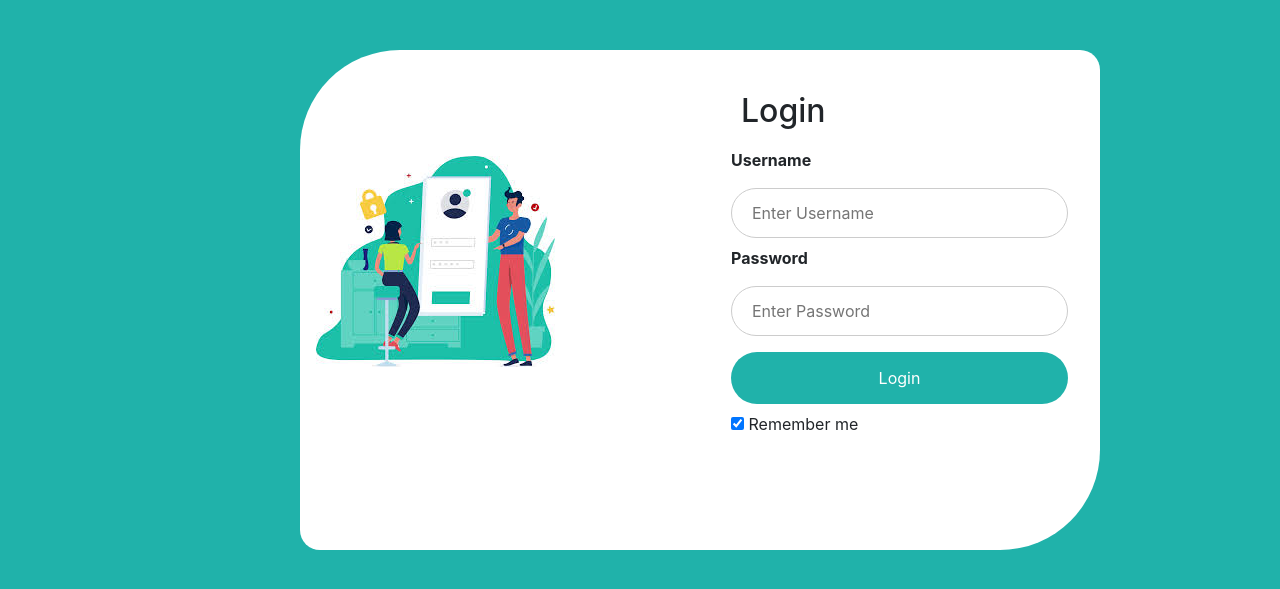
Repository: Sadia-Naveed-Shaikh/JavaScript-Website
Page: login.html
An editor plug-in stored every save of this project. The page is shown before and after a run of saves, followed by the edit.
The browser window is 1280 px wide. The pictures show the whole page.

Above is the page before, as saved 2021-10-27 01:08:31.

### login.html
<!DOCTYPE html>
<html>

<head>
    <meta charset="utf-8">
    <meta name="viewport" content="width=device-width, initial-scale=1.0">
    <title>Untitled</title>
    <link rel="stylesheet" href="https://cdnjs.cloudflare.com/ajax/libs/twitter-bootstrap/4.1.3/css/bootstrap.min.css">
    <link rel="stylesheet" href="https://cdnjs.cloudflare.com/ajax/libs/ionicons/2.0.1/css/ionicons.min.css">
    <!-- <link rel="stylesheet" href="assets/css/style.css"> -->


    <style>
        body {
            background-color: #20b2aa;
        }

        .LoginDiv {
            position: absolute;
            width: 800px;
            height: 500px;
            left: 300px;
            top: 50px;
            background-color: white;
            border-radius: 20px;
            border-top-left-radius: 100px;
            border-bottom-right-radius: 100px;
        }

        .loginImg {
            top: 90px;
        }

        input[type=text],
        input[type=password] {
            width: 100%;
            padding: 12px 20px;
            margin: 8px 0;
            display: inline-block;
            border: 1px solid #ccc;
            box-sizing: border-box;
            border-radius: 30px;
        }

        button {
            background-color: #20b2aa;
            color: white;
            padding: 14px 20px;
            margin: 8px 0;
            border: none;
            cursor: pointer;
            width: 100%;
            border-radius: 30px;
        }

        button:hover {
            opacity: 0.8;
        }

        .container {
            padding: 16px;
        }

        .vl {
            border-left: 1px solid #20b2aa;
            height: 450px;
        }
    </style>
</head>

<body>
    <div>

        <div class="LoginDiv">
            <div class="container">
                <div class=row>
                    <div class="col loginImg">
                        <img src="assets/login.jpeg" alt="login Image">
                    </div>
                    <!-- <div class="vl"></div> -->

                    <div class="col">
                        <form action="/action_page.php" method="post">
                            <div class="container">
                                <h2 style="padding:10px; justify-content:center; align-items:center">Login</h2>
                                <label for="uname"><b>Username</b></label>
                                <input type="text" placeholder="Enter Username" name="uname" required>

                                <label for="psw"><b>Password</b></label>
                                <input type="password" placeholder="Enter Password" name="psw" required>

                                <button type="submit">Login</button>
                                <label>
                                    <input type="checkbox" checked="checked" name="remember"> Remember me
                                </label>
                            </div>
                        </form>


                    </div>

                </div>
            </div>
        </div>

    </div>



</body>

</html>

After the next 3 saves:
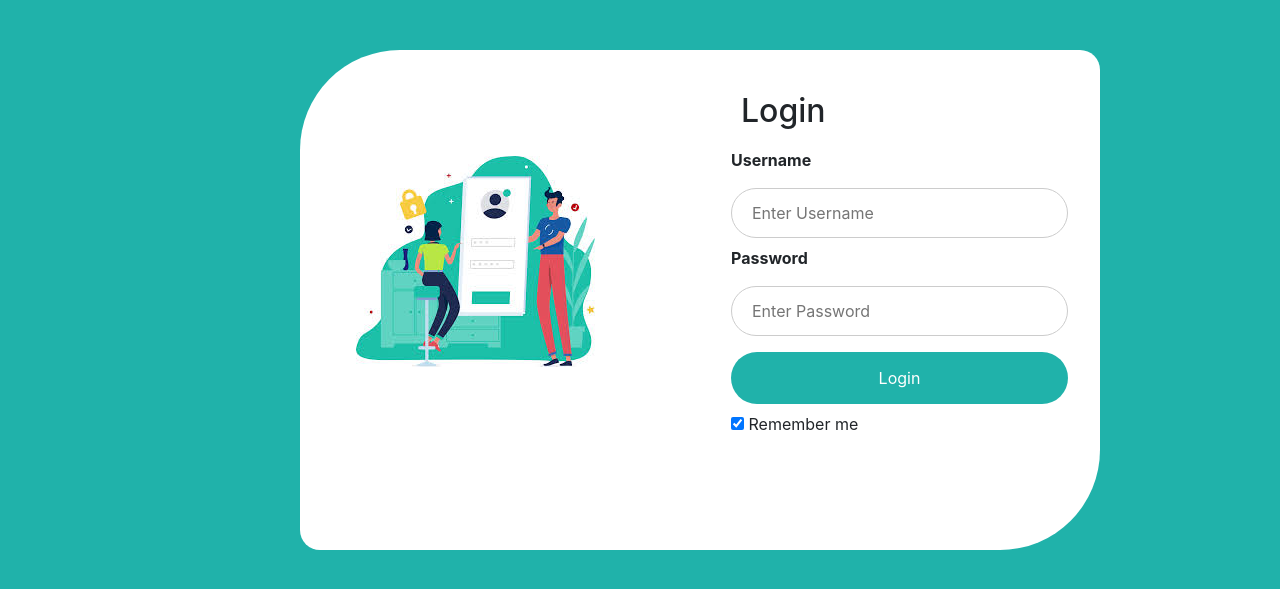
The 3 saves are shown as one change because they came seconds apart.
The last was saved 28 s later.
--- a/login.html
+++ b/login.html
@@ -29,6 +29,7 @@
 
         .loginImg {
             top: 90px;
+            left:40px;
         }
 
         input[type=text],
